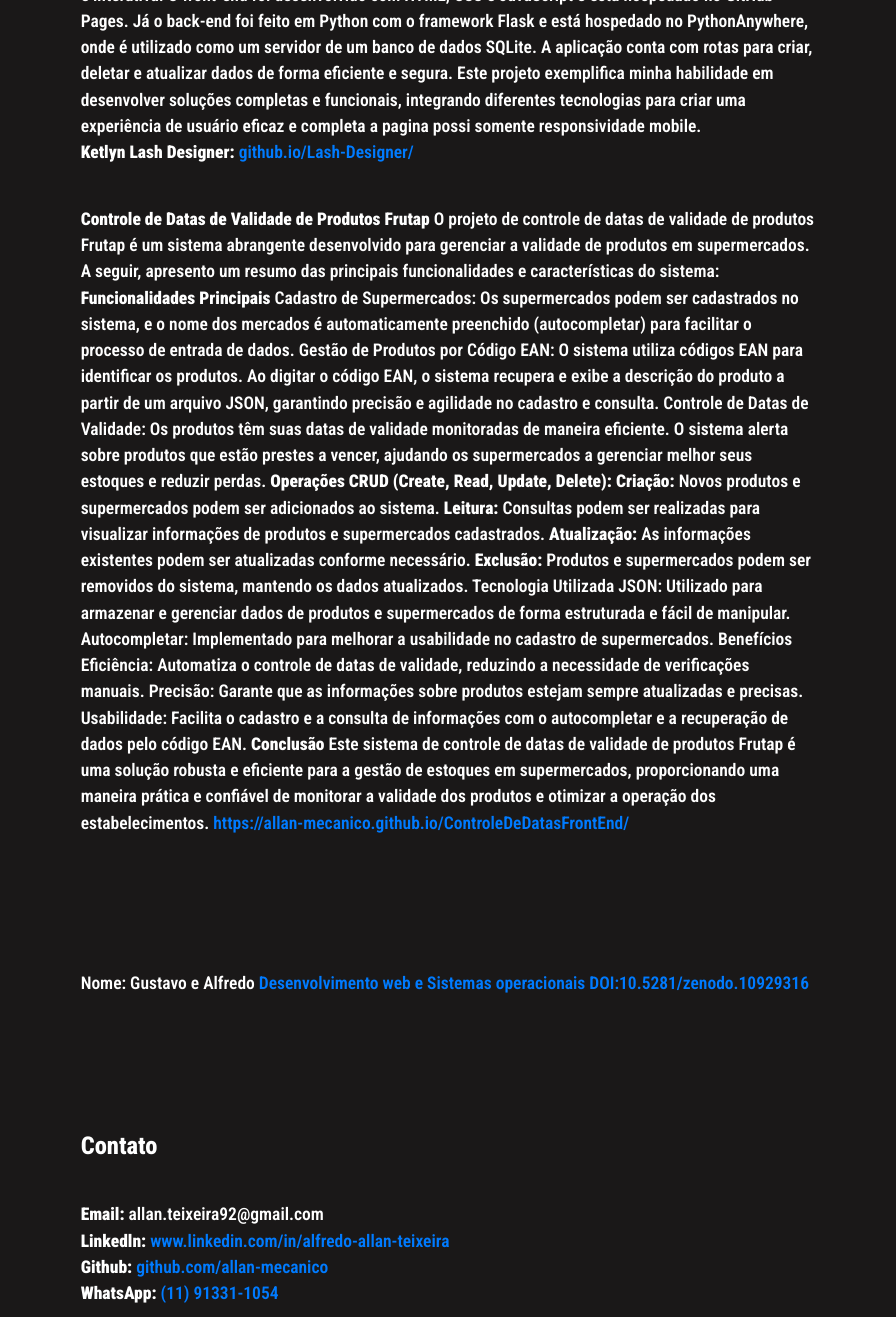
Repository: alfredo-allan/Portfolio
Page: index.html
These files come from the project's save history. The page is drawn as it stood at one moment and after the next save; the edit follows.
The browser window is 1280 px wide. The pictures show the part of the page from y = 2547 to 4467 px (the page is 4429 px tall before and 4467 px after), at 70% of full size.

Above is the page before, as saved 2024-05-26 19:34:49.

### index.html
<!DOCTYPE html>
<html lang="pt-BR">
  <head>
    <meta charset="UTF-8" />
    <meta name="viewport" content="width=device-width, initial-scale=1.0" />
    <link
      rel="stylesheet"
      href="https://stackpath.bootstrapcdn.com/bootstrap/4.1.3/css/bootstrap.min.css"
      integrity="sha384-MCw98/SFnGE8fJT3GXwEOngsV7Zt27NXFoaoApmYm81iuXoPkFOJwJ8ERdknLPMO"
      crossorigin="anonymous"
    />
    <link rel="stylesheet" href="./src/assets/styles/home.css" />
    <link
      href="https://fonts.googleapis.com/css2?family=Roboto+Condensed:ital,wght@0,100..900;1,100..900&display=swap"
      rel="stylesheet"
    />

    <title>Portfolio</title>
    <div class="foto-perfil">
      <img src="./src/assets/images/foto-perfil.jpeg" alt="Minha Foto" />
    </div>
    <div class="menu">
      <ul>
        <li><a href="#Sobre">Sobre</a></li>
        <li><a href="#Conhecimento">Conhecimento</a></li>
        <li><a href="#Contato">Contato</a></li>
        <li><a href="#Projetos">Projetos</a></li>
        <li><a href="#Atividades">Atividades Faculdade</a></li>
        <li><a href="./curriculo.html">Currículo</a></li>
      </ul>
    </div>
    <div class="container" id="Sobre">
      <h2>Sobre</h2>
      <p>
        Meu nome é Alfredo Allan, e sou um profissional dedicado e apaixonado
        por tecnologia. Possuo experiência e conhecimento em diversos cursos e
        treinamentos, tais como Shell Script, introdução ao sistema operacional
        Linux, programação para internet com JavaScript, recriação da página do
        Instagram, criação de sites com HTML5 e CSS3, Git e GitHub, estruturas
        de algoritmos, lógica e programação essencial. Além disso, também possuo
        certificações em engenharia social e phishing, e sou um usuário
        experiente de Linux. Tenho um projeto pessoal de uma página de
        empréstimo no GitHub, onde aplico meus conhecimentos e habilidades de
        programação e web design. Estou sempre em busca de aprendizado e novos
        desafios, e estou confiante de que posso contribuir de forma
        significativa para sua equipe. Estou ansioso para mostrar como minhas
        habilidades e experiências podem agregar valor à sua empresa.
      </p>
    </div>
    <div id="Conhecimento">
      <h2>Conhecimento</h2>
      <p>
        Cursando Analise e desenvolvimento de sistemas <br />
        Shell script - manipulando arquivos <br />
        Introdução ao sistema operacional linux <br />
        Programação para internet com javascritp <br />
        Recriando a pagina do instagram <br />
        Imersão front-end Alura <br />
        Introdução a criação de sites com HTML 5 E CSS3 <br />
        Introdução ao git eo github <br />
        O que são estruturas de algoritimo <br />
        Logica e programação essencial <br />
        Engenharia social e phishing <br />
      </p>
    </div>

    <div id="sistemas">
      <h2>Sistemas Operacionais</h2>
      <p>
        Como usuário de Linux, possuo conhecimento em pacotes gerenciadores como
        apt e yum, bem como em servidores Apache. Sou capaz de estabelecer
        conexões SSH, gerar chaves públicas, e possuo boas práticas no uso do
        terminal de comandos. Além disso, possuo habilidades avançadas em
        instalação e configuração de sistemas operacionais, inclusive na
        manipulação de variáveis de ambiente como o PATH. Estas competências são
        fundamentais para garantir um ambiente de trabalho eficiente e seguro.
      </p>
    </div>
    <div id="Projetos">
      <h2>Projetos</h2>
      <p>
        Desenvolvi uma página web responsiva utilizando Bootstrap 5, HTML e CSS.
        A página possui uma simulação de empréstimo, onde o usuário pode
        escolher o número de meses para financiar e ver uma prestação
        aproximada. Além disso, incluí um botão de contato via WhatsApp para
        facilitar a comunicação com um corretor. <br />
        <strong>Emprestimo:</strong
        ><a href="https://allan-mecanico.github.io/Emprestimo-facil/index.html">
          github.io/Emprestimo-facil/
        </a>
      </p>
      <p>
        Esse projeto combina o uso de tecnologias front-end e back-end para
        criar uma aplicação web dinâmica e interativa. O front-end foi
        desenvolvido com HTML, CSS e JavaScript e está hospedado no GitHub
        Pages. Já o back-end foi feito em Python com o framework Flask e está
        hospedado no PythonAnywhere, onde é utilizado como um servidor de um
        banco de dados SQLite. A aplicação conta com rotas para criar, deletar e
        atualizar dados de forma eficiente e segura. Este projeto exemplifica
        minha habilidade em desenvolver soluções completas e funcionais,
        integrando diferentes tecnologias para criar uma experiência de usuário
        eficaz e completa a pagina possi somente responsividade mobile. <br />
        <strong>Ketlyn Lash Designer:</strong
        ><a href="https://allan-mecanico.github.io/Lash-Designer/">
          github.io/Lash-Designer/
        </a>
      </p>
      <p>
        <strong>Controle de Datas de Validade de Produtos Frutap</strong>
        O projeto de controle de datas de validade de produtos Frutap é um
        sistema abrangente desenvolvido para gerenciar a validade de produtos em
        supermercados. A seguir, apresento um resumo das principais
        funcionalidades e características do sistema:

        <strong>Funcionalidades Principais</strong>
        Cadastro de Supermercados: Os supermercados podem ser cadastrados no
        sistema, e o nome dos mercados é automaticamente preenchido
        (autocompletar) para facilitar o processo de entrada de dados. Gestão de
        Produtos por Código EAN: O sistema utiliza códigos EAN para identificar
        os produtos. Ao digitar o código EAN, o sistema recupera e exibe a
        descrição do produto a partir de um arquivo JSON, garantindo precisão e
        agilidade no cadastro e consulta. Controle de Datas de Validade: Os
        produtos têm suas datas de validade monitoradas de maneira eficiente. O
        sistema alerta sobre produtos que estão prestes a vencer, ajudando os
        supermercados a gerenciar melhor seus estoques e reduzir perdas.
        <strong>Operações CRUD (Create, Read, Update, Delete):</strong>

        <strong>Criação:</strong> Novos produtos e supermercados podem ser
        adicionados ao sistema. <strong>Leitura:</strong> Consultas podem ser
        realizadas para visualizar informações de produtos e supermercados
        cadastrados. <strong>Atualização:</strong> As informações existentes
        podem ser atualizadas conforme necessário.
        <strong>Exclusão:</strong> Produtos e supermercados podem ser removidos
        do sistema, mantendo os dados atualizados. Tecnologia Utilizada JSON:
        Utilizado para armazenar e gerenciar dados de produtos e supermercados
        de forma estruturada e fácil de manipular. Autocompletar: Implementado
        para melhorar a usabilidade no cadastro de supermercados. Benefícios
        Eficiência: Automatiza o controle de datas de validade, reduzindo a
        necessidade de verificações manuais. Precisão: Garante que as
        informações sobre produtos estejam sempre atualizadas e precisas.
        Usabilidade: Facilita o cadastro e a consulta de informações com o
        autocompletar e a recuperação de dados pelo código EAN.
        <strong>Conclusão</strong>
        Este sistema de controle de datas de validade de produtos Frutap é uma
        solução robusta e eficiente para a gestão de estoques em supermercados,
        proporcionando uma maneira prática e confiável de monitorar a validade
        dos produtos e otimizar a operação dos estabelecimentos.
        <a href="https://allan-mecanico.github.io/ControleDeDatasFrontEnd/"
          >https://allan-mecanico.github.io/ControleDeDatasFrontEnd/</a
        >
      </p>
    </div>
    <div id="Atividades">
      <p>
          Nome: Gustavo e Alfredo
        <a href="https://zenodo.org/records/10929316"
          >Desenvolvimento web e Sistemas operacionais
          DOI:10.5281/zenodo.10929316</a
        >
      </p>
    </div>
    <div id="Contato">
      <h2>Contato</h2>

      <p>
        <strong>Email:</strong> allan.teixeira92@gmail.com <br />
        <strong>Linkedln:</strong
        ><a
          href="https://www.linkedin.com/in/alfredo-allan-teixeira-ba2701149/"
        >
          www.linkedin.com/in/alfredo-allan-teixeira <br
        /></a>

        <strong>Github:</strong
        ><a href="https://github.com/allan-mecanico">
          github.com/allan-mecanico<br
        /></a>
        <strong>WhatsApp:</strong
        ><a href="https://api.whatsapp.com/send?phone=5511913311054">
          (11) 91331-1054<br
        /></a>
      </p>
    </div>
  </head>
  <body>
    <script
      src="https://code.jquery.com/jquery-3.3.1.slim.min.js"
      integrity="sha384-q8i/X+965DzO0rT7abK41JStQIAqVgRVzpbzo5smXKp4YfRvH+8abtTE1Pi6jizo"
      crossorigin="anonymous"
    ></script>
    <script
      src="https://cdnjs.cloudflare.com/ajax/libs/popper.js/1.14.3/umd/popper.min.js"
      integrity="sha384-ZMP7rVo3mIykV+2+9J3UJ46jBk0WLaUAdn689aCwoqbBJiSnjAK/l8WvCWPIPm49"
      crossorigin="anonymous"
    ></script>
    <script
      src="https://stackpath.bootstrapcdn.com/bootstrap/4.1.3/js/bootstrap.min.js"
      integrity="sha384-ChfqqxuZUCnJSK3+MXmPNIyE6ZbWh2IMqE241rYiqJxyMiZ6OW/JmZQ5stwEULTy"
      crossorigin="anonymous"
    ></script>
  </body>
</html>

### src/assets/styles/home.css
:root {
  --roboto-condensed: "Roboto Condensed", sans-serif;
}

body {
  font-family: var(--roboto-condensed);
  background-color: rgb(26, 24, 24);
  background-position: center;
  background-size: cover;
}

@media (min-width: 310px) and (max-width: 480px) {
  body {
    background-image: url("../images/git-img.jpg");
    background-repeat: no-repeat;
    background-attachment: fixed;
  }
}

.menu ul {
  font-size: 1.5rem;
  font-weight: 600;
  margin-top: -14%;
  margin-right: 4%;
  text-align: right;
  list-style: none;
  li {
    margin-right: 12px;
    display: inline-block;
  }
}

@media only screen and (min-width: 310px) and (max-width: 450px) {
  .menu ul {
    font-weight: 1000;
    text-align: left;
    margin-top: -45%;
    padding: 20%;
    margin-left: 40%;
    font-size: 20px;
  }
}

.foto-perfil {
  margin-top: 1%;
  margin-left: 8%;
  width: 200px;
  height: 200px;
  border-radius: 50%;
  overflow: hidden;
}

.foto-perfil img {
  width: 100%;
  height: 100%;
  object-fit: cover;
}

@media only screen and (min-width: 310px) and (max-width: 450px) {
  .foto-perfil {
    width: 80px;
    height: 80px;
    margin-left: 10%;
    margin-top: 7%;
  }
}

#Sobre {
  color: white;
  margin-top: 20%;
  margin-left: 9%;
  h2 {
    font-weight: 1000;
    font-size: 35px;
    font-weight: 800;
  }
  p {
    font-weight: 300;
    margin-top: 5%;
    font-size: 25px;
    font-family: var(--roboto-condensed);
    width: 100%; /* Define a largura desejada */
    font-weight: 600;
  }
}

@media only screen and (min-width: 310px) and (max-width: 450px) {
  #Sobre {
    margin-left: -1%;
    margin-top: -10%;
    h2 {
      color: white;
      font-size: 22px;
      font-weight: 800;
    }
    p {
      color: white;
      margin-top: 5%;
      font-size: 18px;
      font-family: var(--roboto-condensed);
      width: 100%; /* Define a largura desejada */
      font-weight: 350;
    }
  }
}

#Conhecimento {
  color: white;
  margin-top: 15%;
  margin-left: 9%;
  h2 {
    font-size: 35px;
    font-weight: 800;
  }
  p {
    margin-top: 5%;
    font-size: 25px;
    font-family: var(--roboto-condensed);
    width: 90%; /* Define a largura desejada */
    font-weight: 600;
  }
}

@media only screen and (min-width: 310px) and (max-width: 450px) {
  #Conhecimento {
    margin-left: 1%;
    margin-top: 35%;
    h2 {
      color: white;
      font-size: 22px;
      font-weight: 800;
    }
    p {
      color: white;
      margin-top: 5%;
      font-size: 18px;
      font-family: var(--roboto-condensed);
      width: 100%; /* Define a largura desejada */
      font-weight: 350;
    }
  }
}
#sistemas {
  color: white;
  margin-top: 15%;
  margin-left: 9%;
  h2 {
    font-size: 35px;
    font-weight: 800;
  }
  p {
    margin-top: 5%;
    font-size: 25px;
    font-family: var(--roboto-condensed);
    width: 90%; /* Define a largura desejada */
    font-weight: 600;
  }
}

@media only screen and (min-width: 310px) and (max-width: 450px) {
  #sistemas {
    margin-left: -0%;
    margin-top: 20%;
    h2 {
      font-size: 22px;
      font-weight: 800;
    }
    p {
      margin-top: 5%;
      font-size: 18px;
      font-family: var(--roboto-condensed);
      width: 100%; /* Define a largura desejada */
      font-weight: 350;
    }
  }
}

#Projetos {
  color: white;
  margin-top: 15%;
  margin-left: 9%;
  h2 {
    font-size: 35px;
    font-weight: 800;
  }
  p {
    margin-top: 5%;
    font-size: 25px;
    font-family: var(--roboto-condensed);
    width: 90%; /* Define a largura desejada */
    font-weight: 600;
  }
}

@media only screen and (min-width: 310px) and (max-width: 450px) {
  #Projetos {
    margin-left: -0%;
    margin-top: 25%;
    h2 {
      font-size: 22px;
      font-weight: 800;
    }
    p {
      color: white;
      margin-top: 5%;
      font-size: 18px;
      font-family: var(--roboto-condensed);
      width: 100%; /* Define a largura desejada */
      font-weight: 350;
    }
  }
}

#Atividades {
  color: white;
  margin-top: 15%;
  margin-left: 9%;
  h2 {
    font-size: 35px;
    font-weight: 800;
  }
  p {
    margin-top: 5%;
    font-size: 25px;
    font-family: var(--roboto-condensed);
    width: 90%; /* Define a largura desejada */
    font-weight: 600;
  }
}

@media only screen and (min-width: 310px) and (max-width: 450px) {
  #Atividades {
    margin-left: -0%;
    margin-top: 25%;
    h2 {
      font-size: 22px;
      font-weight: 800;
    }
    p {
      color: white;
      margin-top: 5%;
      font-size: 18px;
      font-family: var(--roboto-condensed);
      width: 100%; /* Define a largura desejada */
      font-weight: 350;
    }
  }
}

#Contato {
  color: white;
  margin-top: 15%;
  margin-left: 9%;
  h2 {
    font-size: 35px;
    font-weight: 800;
  }
  p {
    margin-top: 5%;
    font-size: 25px;
    font-family: var(--roboto-condensed);
    width: 90%; /* Define a largura desejada */
    font-weight: 600;
  }
}

@media only screen and (min-width: 310px) and (max-width: 450px) {
  #Contato {
    margin-top: 25%;
    margin-left: 0%;
    h2 {
      font-size: 22px;
      font-weight: 800;
    }
    p {
      width: 100%;
      margin-top: 5%;
      font-size: 18px;
      font-family: var(--roboto-condensed);
      font-weight: 350;
    }
  }
}

After the next save:
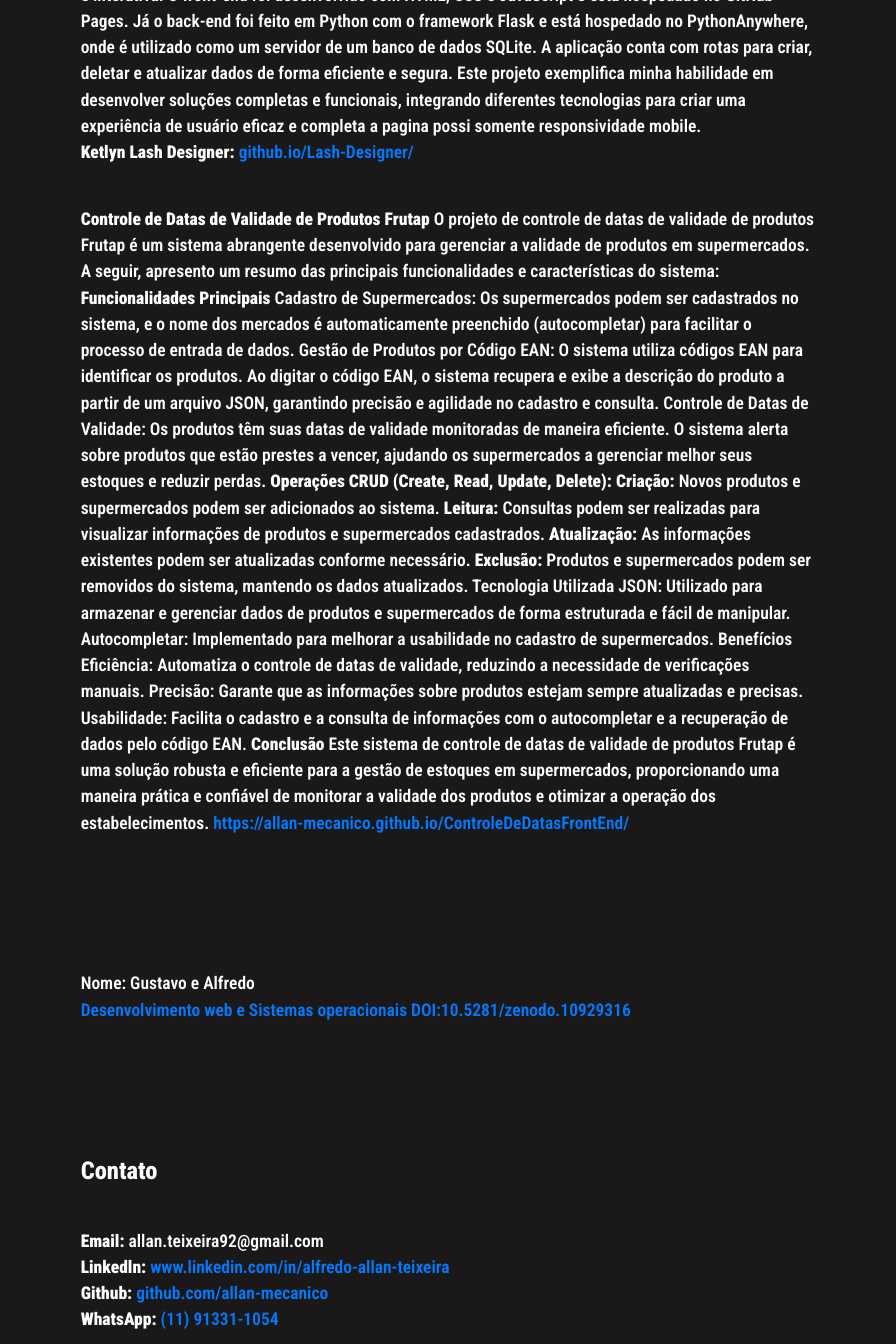
Saved 16 s later.
--- a/index.html
+++ b/index.html
@@ -152,7 +152,7 @@
     </div>
     <div id="Atividades">
       <p>
-          Nome: Gustavo e Alfredo
+          Nome: Gustavo e Alfredo <br>
         <a href="https://zenodo.org/records/10929316"
           >Desenvolvimento web e Sistemas operacionais
           DOI:10.5281/zenodo.10929316</a
